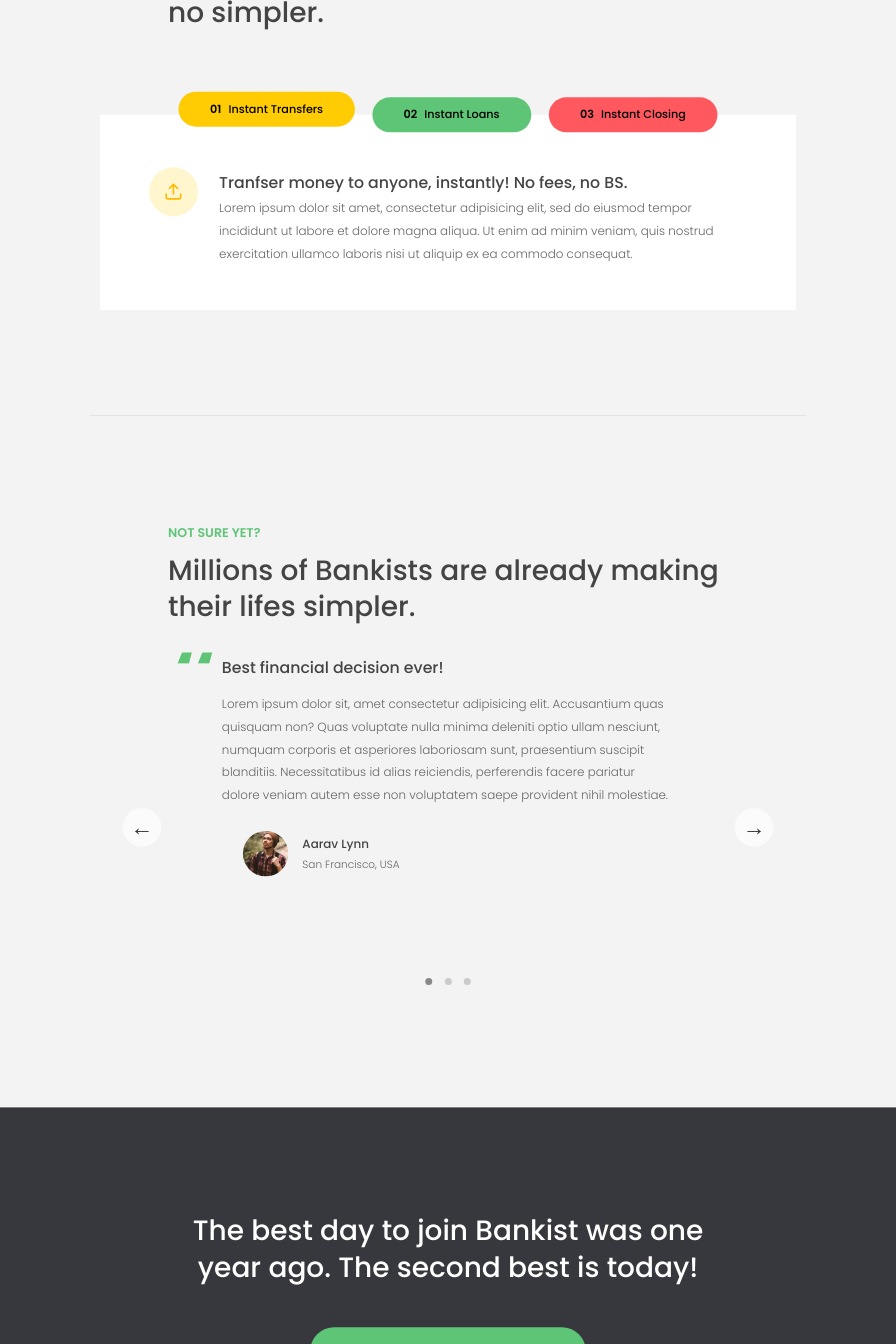
Repository: nptg3105/Bankist
Page: index.html
These files come from the project's save history. The page is drawn as it stood at one moment and after the next save; the edit follows.
The browser window is 1280 px wide. The pictures show the part of the page from y = 2700 to 4620 px (the page is 5223 px tall before and 5256 px after), at 70% of full size.
Some web libraries are served in a nearby version.

Above is the page before, as saved 2022-06-03 10:11:35.

After the next save:
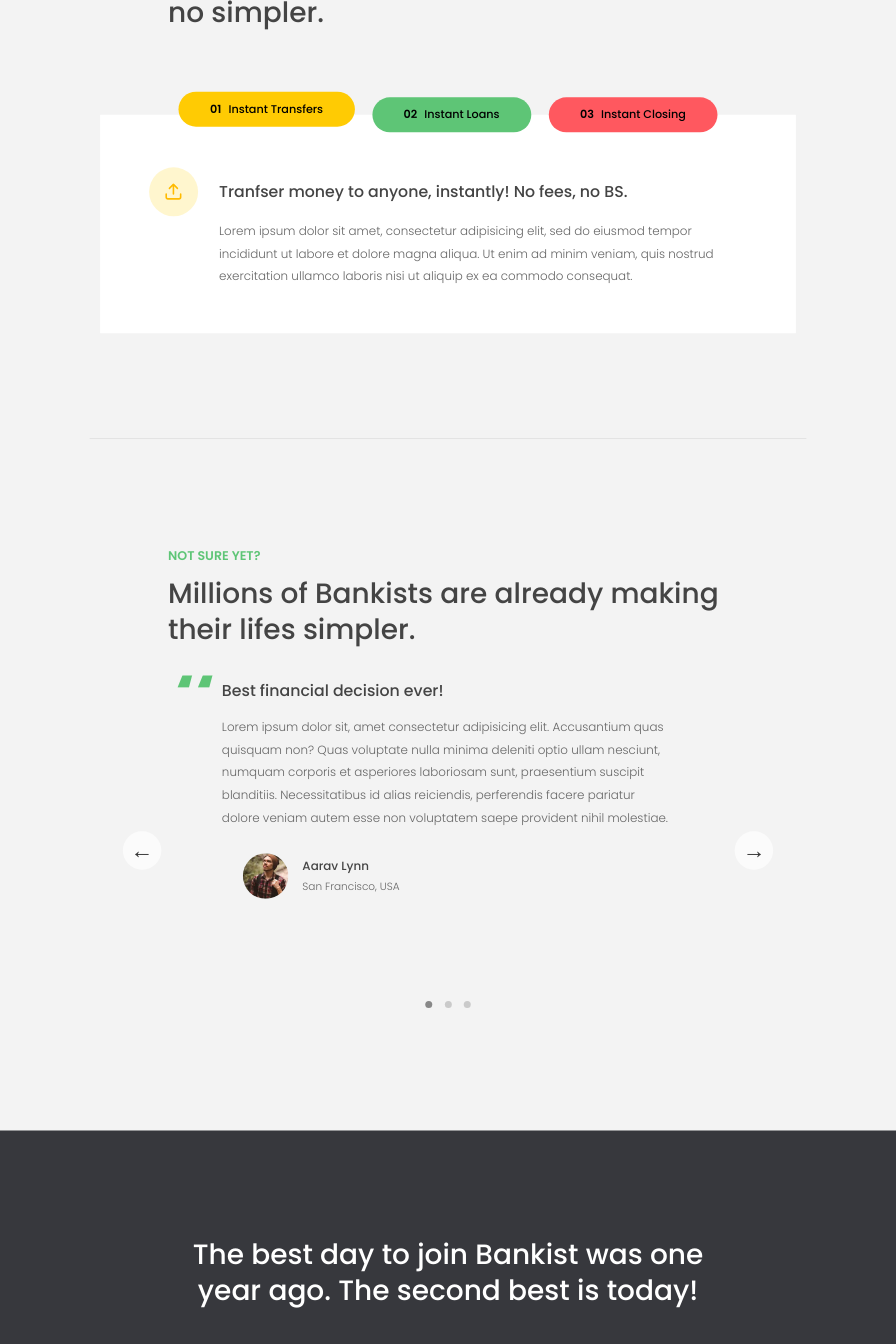
Saved 10 min 21 s later.
--- a/index.html
+++ b/index.html
@@ -188,17 +188,15 @@
               <use xlink:href="images/icons.svg#icon-upload"></use>
             </svg>
           </div>
-          <div class="operations__text">
-            <h5 class="operations__header">
-              Tranfser money to anyone, instantly! No fees, no BS.
-            </h5>
-            <p>
-              Lorem ipsum dolor sit amet, consectetur adipisicing elit, sed do
-              eiusmod tempor incididunt ut labore et dolore magna aliqua. Ut
-              enim ad minim veniam, quis nostrud exercitation ullamco laboris
-              nisi ut aliquip ex ea commodo consequat.
-            </p>
-          </div>
+          <h5 class="operations__header">
+            Tranfser money to anyone, instantly! No fees, no BS.
+          </h5>
+          <p>
+            Lorem ipsum dolor sit amet, consectetur adipisicing elit, sed do
+            eiusmod tempor incididunt ut labore et dolore magna aliqua. Ut enim
+            ad minim veniam, quis nostrud exercitation ullamco laboris nisi ut
+            aliquip ex ea commodo consequat.
+          </p>
         </div>
 
         <div class="operations__content operations__content--2">
